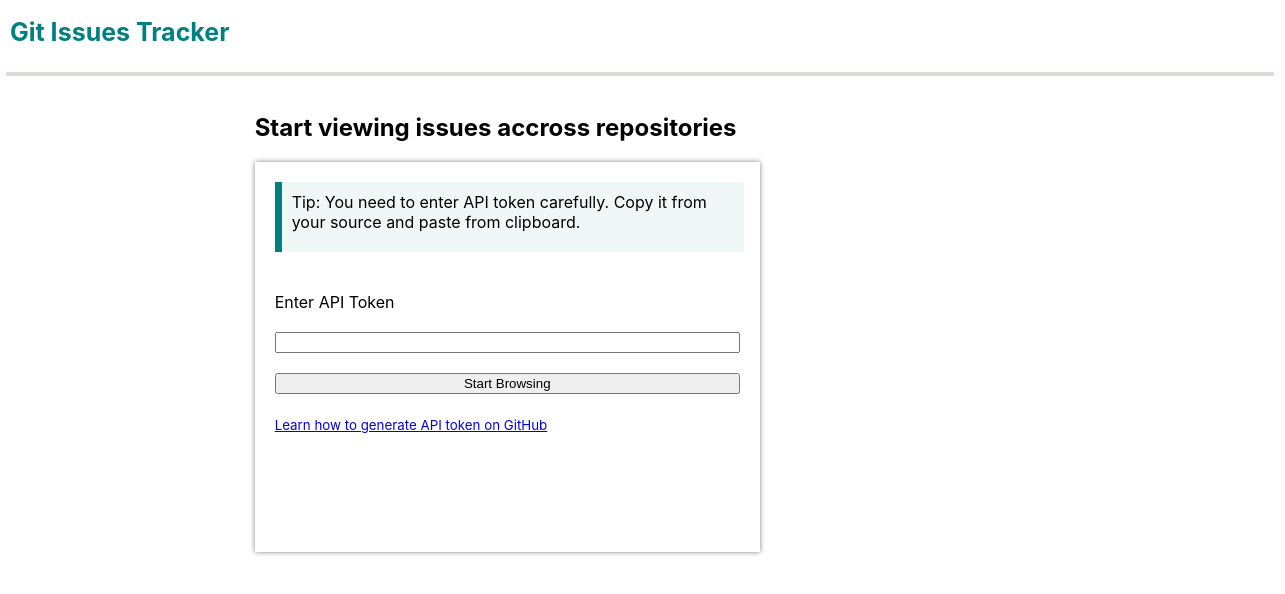
Repository: duzzisantos/github-repos-react-graphql
Page: /
These files come from the project's save history. The page is drawn as it stood at one moment and after the next save; the edit follows.
The browser window is 1280 px wide. The page is 1285 px wide, so the pictures cover 1285 px, including what lies to the right of the window. The pictures show the whole page.
The project was rebuilt for these pictures with package versions that can differ from the ones it lists, and the page was loaded fresh each time. Also part of the build but not shown: src/App.css, src/components/table/Filters.tsx, src/components/table/Pagination.tsx, src/components/table/TableComponent.tsx, src/components/table/columnHelpers.ts, src/utilities/funtions.ts, src/pages/Repositories.tsx, src/components/cards/Cards.tsx and 1 more.

Above is the page before, as saved 2024-06-17 17:45:44.

After the next save:
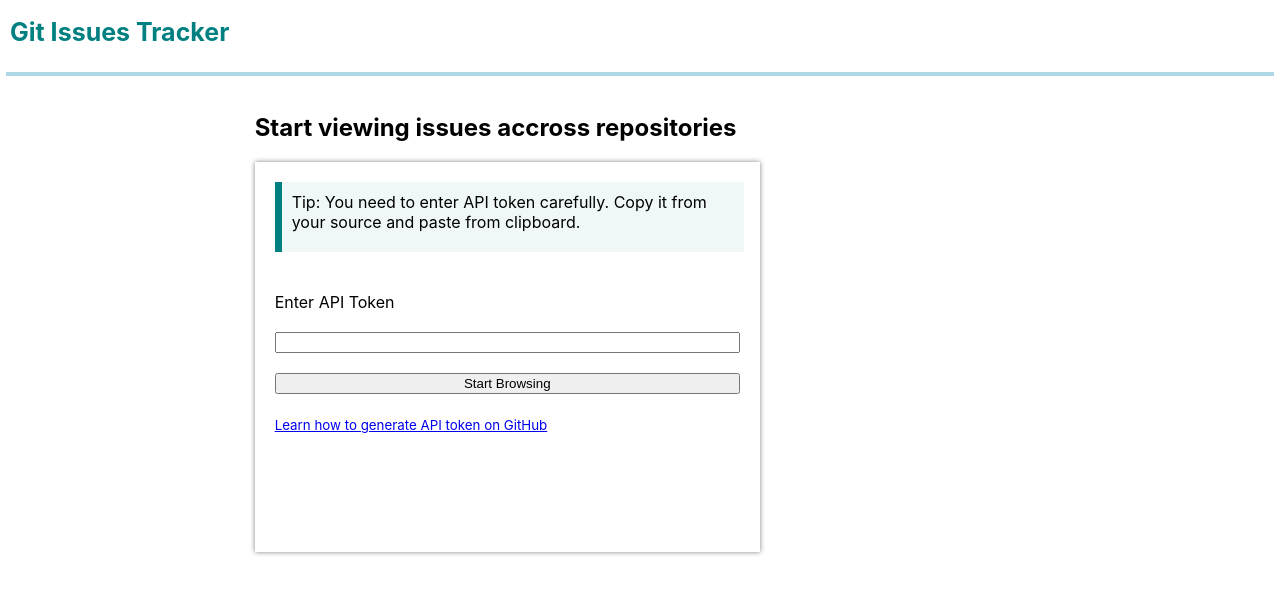
Saved 9 s later.
--- a/src/App.scss
+++ b/src/App.scss
@@ -19,7 +19,7 @@ h1 {
 }
 
 hr {
-  border: 2px solid rgb(225, 216, 216);
+  border: 2px solid lightblue;
   width: 98.8%;
 }
 
